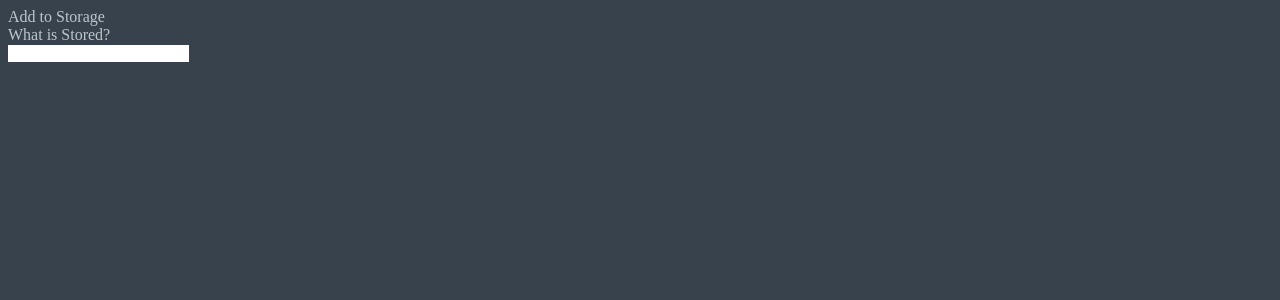
Repository: randy918/json-ajax-u-415
Page: index.html
These files come from the project's save history. The page is drawn as it stood at one moment and after the next save; the edit follows.
The browser window is 1280 px wide. The pictures show the whole page.

Above is the page before, as saved 2023-04-16 17:35:43.
Console error: ReferenceError: addToStorage is not defined

### index.html
<!DOCTYPE html>
<html lang="en">

    <head>
        <meta charset="UTF-8">
        <meta http-equiv="X-UA-Compatible" content="IE=edge">
        <meta name="viewport" content="width=device-width, initial-scale=1.0">
        <link rel="stylesheet" href="css/main.css" <script
            src="https://ajax.googleapis.com/ajax/libs/jquery/3.6.3/jquery.min.js" defer>

        <title>json 4-16-23-0858</title>
    </head>

    <body>
<div id="addButton">Add to Storage</div>
<div id="seeButton">What is Stored?</div>
<input type = "text" id = "firstName">
        <div class="container">

        </div>
<br>

        <script src="js/myfunctions.js"></script>
        <script src="js/index.js"></script>

    </body>

</html>

<!-- ca1f26ba6eb2ba4fb641257b39d3bea7 -->

### css/main.css
* {
  box-sizing: border-box;
  border: none;
}

body {
  color: rgb(188, 199, 203);
  background: rgb(55, 66, 76);
}

#inputValue {
  width: 40vw;
  font-size: 2vw;
  outline: none;
}

#search {
  color: beige;
  background-color: rgb(43, 50, 56);
  outline: none;
  font-size: 2vw;
}/*# sourceMappingURL=main.css.map */

### js/myfunctions.js
//todo   function a(toAlert)
//todo   function c(toConsole)
//todo   function cr(toConsole)
//todo   function r(min, max)  Random integers, can be just 'max'
//todo   function getTime()--works! it is 72519.1414 format
//todo   function getCompleteDate()
//todo   function getMinute()
//todo   function getHour()
//todo   function getHour00()
//todo   function get24Hour()
//todo   function get24Hour00()
//todo   function getDay()
//todo   function getDay00()
//todo   function getMonth()
//todo   function getMonth00()
//todo   function getYear()
//todo   function getYear00()
//todo   function t()    eternal timestamp long number
//todo   function placeText(myIdClass, text)   unsure if it works?
//todo   function placeText2(myIdClass, text)   unsure if it works?
//todo   function getText(myIdClass)....brings whole line incl. tags
//todo   function getInnerText(myIdClass)
//todo   function getOuterText(myIdClass)
//todo   function addClass(myIdClass, newClass)
//todo   function removeClass(myIdClass, removeClass)
//todo   function changeBackgroundColor(myIdClass, color)
//todo   function changeTypeColor(myIdClass, color)
//todo   function changeTypeSize(myIdClass, size)
//todo   function addCSSText(myIdClass, text)

function a(toAlert) {
  alert(toAlert);
}

function c(toConsole) {
  console.log(toConsole);
}
function cw(toConsole) {
  console.warn(toConsole);
}
function ce(toConsole) {
  console.error(toConsole);
}

function cr(toConsole) {
  var styles = [
    // 'font-size: 30px',
    "color: red",
  ].join(";");
  console.log(`%c` + toConsole, styles);
}

function r(min, max) {
  // 2.0, accepts single value for 1-x
  if (max === undefined) {
    max = min;
    min = 1;
  }
  const randomNumber = min - 1 + Math.ceil(Math.random() * (max + 1 - min));
  return randomNumber;
}
// may not be a real function
function getTime() {
  var today = new Date();
  var codeMonth = today.getMonth() + 1;
  var codeDay = today.getDate();
  if (codeDay < 10) {
    codeDay = "0" + codeDay;
  }
  var codeMinute = today.getMinutes();
  var codeHour = today.getHours();
  if (codeMinute < 10) {
    codeMinute = "0" + codeMinute;
  }
  if (codeHour < 10) {
    codeHour = "0" + codeHour;
  }
  var codeYear = today.getFullYear() - 2000;
  var dateTime =
    codeMonth + "" + codeDay + "" + codeYear + "." + codeHour + "" + codeMinute;
  // document.getElementById(`timeStamp`).innerHTML = dateTime;
  t = setTimeout(function () {
    getTime();
  }, 30000);
  return dateTime;
}

function getCompleteDate() {
  const today = new Date();
  return today;
}

function getMinute() {
  const today = new Date();
  const codeMinute = today.getMinutes();
  if (codeMinute < 10) {
    codeMinute = "0" + codeMinute;
  }
  return codeMinute;
}

function getMinute00() {
  const today = new Date();
  let codeMinute = today.getMinutes();
  if (codeMinute < 10) {
    codeMinute = "0" + codeMinute;
  }
  return codeMinute;
}

function getHour() {
  const today = new Date();
  let codeHour = today.getHours();
  if (codeHour > 12) {
    codeHour = codeHour - 12;
  }
  return codeHour;
}

function getAmPm() {
  let amPm = "am";
  const today = new Date();
  let codeHour = today.getHours();
  if (codeHour > 12) {
    amPm = "pm";
  }
  return amPm;
}

function getHour00() {
  const today = new Date();
  const codeHour = today.getHours();
  if (codeHour > 12) {
    codeHour = codeHour - 12;
  }
  if (codeHour < 10) {
    codeHour = "0" + codeHour;
  }
  return codeHour;
}

function get24Hour() {
  const today = new Date();
  const codeHour = today.getHours();
  return codeHour;
}

function get24Hour00() {
  const today = new Date();
  const codeHour = today.getHours();
  if (codeHour < 10) {
    codeHour = "0" + codeHour;
  }
  return codeHour;
}

function getDayVerbal() {
  const today = new Date();
  const codeDay = today.getDay() + 1;
  return theDay[codeDay];
}

function getDay00() {
  const today = new Date();
  const codeDay = today.getDate();
  if (codeDay < 10) {
    codeDay = "0" + codeDay;
  }
  return codeDay;
}

function getDay() {
  const today = new Date();
  const codeDay = today.getDate();
  return codeDay;
}

function getMonthVerbal() {
  const today = new Date();
  const codeMonth = today.getMonth() + 1;
  return theMonth[codeMonth];
}

function getMonth00() {
  const today = new Date();
  const codeMonth = today.getMonth() + 1;
  if (codeMonth < 10) {
    codeMonth = "0" + codeMonth;
  }
  return codeMonth;
}

function getMonth() {
  const today = new Date();
  const codeMonth = today.getMonth() + 1;
  return codeMonth;
}

function getYear00() {
  const today = new Date();
  const codeYear = today.getYear() - 100;
  if (codeYear < 10) {
    codeMYear = "0" + codeYear;
  }
  return codeYear;
}

function getYear() {
  const today = new Date();
  const codeYear = today.getYear() + 1900;
  return codeYear;
}

function t() {
  const now = new Date();
  eventTimestamp = now.getTime();
  // c(eventTimestamp);
  return eventTimestamp;
}
//    !  72419.1659 DOM MANIPULATION
//!
//!  placeText   element name, and text to put there--runs loosely?

function placeText(myIdClass, text) {
  const myElement = document.querySelector(myIdClass);
  myElement.innerText = text;
}
//    the function is longer than the original
// $(myIdClass).text(text)   <---works
function placeText2(myIdClass, text) {
  $(myIdClass).text(text);
}
function getText(myIdClass) {
  return document.querySelector(myIdClass);
}

function getInnerText(myIdClass) {
  return document.querySelector(myIdClass).innerHTML;
}

function getOuterText(myIdClass) {
  return document.querySelector(myIdClass).outerHTML;
}

function addClass(myIdClass, newClass) {
  document.querySelector(myIdClass).classList.add(newClass);
}

function removeClass(myIdClass, removeClass) {
  document.querySelector(myIdClass).classList.remove(removeClass);
}
// not sure what this one is for now
function containsClass(myIdClass, containsClass) {
  document.querySelector(myIdClass).classList.contains(containsClass);
}
// above, can switch and toggle  also  mmtuts YOUTUBE 29-31 USING JAVASCRIPT
function changeBackgroundColor(myId, color) {
  document.getElementById(myId).style.background = color;

  // document.querySelector(myIdClass).style.backgroundColor = color;
}

function changeTypeColor(myIdClass, color) {
  document.querySelector(myIdClass).style.color = color;
}

function changeTypeSize(myIdClass, size) {
  document.querySelector(myIdClass).style.fontSize = size;
}

function addCSSText(myIdClass, text) {
  document.querySelector(myIdClass).style.cssText = text;
}

//!  72519.1714    Common Basic VARIABLE ARRAYS
var theDay = new Array(
  "Zero",
  "Sunday",
  "Monday",
  "Tuesday",
  "Wednesday",
  "Thursday",
  "Friday",
  "Saturday"
);
var theDayMin3 = new Array(
  "Zero",
  "Sun.",
  "Mon.",
  "Tues.",
  "Wed.",
  "Thurs.",
  "Fri.",
  "Sat."
);
var theDayMin2 = new Array("Zero", "S", "M", "Tu", "W", "Th", "F", "S");
var theDayMin1 = new Array("Zero", "S", "M", "T", "W", "T", "F", "S");
var theMonth = new Array(
  "Zero",
  "January",
  "February",
  "March",
  "April",
  "May",
  "June",
  "July",
  "August",
  "September",
  "October",
  "November",
  "December"
);
var theMonthMin = new Array(
  "Zero",
  "Jan.",
  "Feb.",
  "Mar.",
  "Apr.",
  "May",
  "June",
  "July",
  "Aug.",
  "Sept.",
  "Oct.",
  "Nov.",
  "Dec."
);

function showDateTimeFormat() {
  const today = new Date();
  const formattedDate = new Intl.DateTimeFormat("en-US").format(today);
  const consoleFunctioningMessage = `
Console functioning: ${getDayVerbal()}, ${getMonthVerbal()} ${getDay()} at ${getHour()}:${getMinute00()}${getAmPm()}
  `;
  return consoleFunctioningMessage;
}
showDateTimeFormat();

console.log(`%c${showDateTimeFormat()}`, "font-size: 20px; color: gray");

//console.log("%cThis is a default font style", "color: blue; font-size: 20px");

### js/index.js
//!  121822.0830        VARIABLES

//!  121822.0826        FUNCTIONS

const init = function () {
	main();
};

window.onload = function () {
	init();
};

//!  123122.1839        MAIN

const main = function () {

	//!  10123.1609  variables

	const myJson = {
		name: "Randy",
		age: "64",
		hobby: "coding",
	};
    const myJsonStringified = JSON.stringify(myJson);
    const myJsonParsed = JSON.parse(myJsonStringified);


	//!  10123.1609 Event Listeners

	document
		.getElementById("addButton")
		.addEventListener("click", addToStorage);
	document
		.getElementById("seeButton")
		.addEventListener("click", viewStorage);

	//!  10123.1609 functions

	function addToLocalStorage(str) {
		const tempValue = document.getElementById("firstName").value;
        localStorage.setItem('tester', tempValue)
        c('clicked '+tempValue);
	}

	function receiveFromLocalStorage() {
        const tempHolder = localStorage.getItem('tester');
        c(tempHolder);
	}

    function stringifyToLocalStorage(str) {
return


    }

	//!  10123.161 0  MAIN
};
//!  123122.1839  END

After the next save:
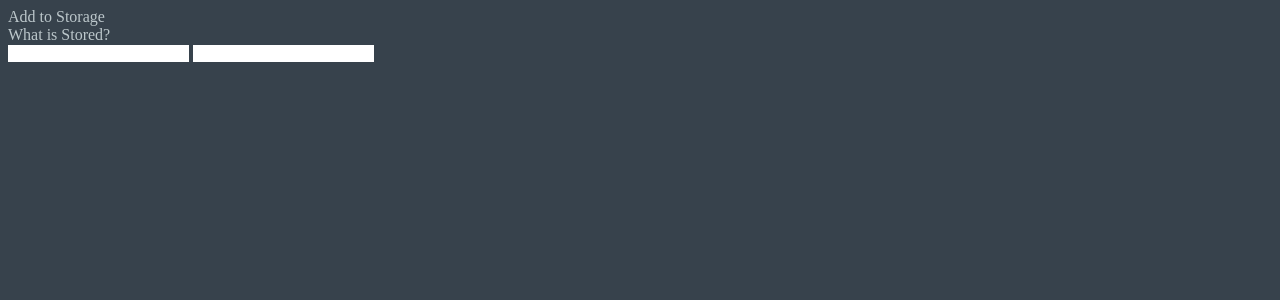
Saved 20 min 16 s later.
--- a/index.html
+++ b/index.html
@@ -15,6 +15,7 @@
 <div id="addButton">Add to Storage</div>
 <div id="seeButton">What is Stored?</div>
 <input type = "text" id = "firstName">
+<input type = "text" id = "firstName">
         <div class="container">
 
         </div>
